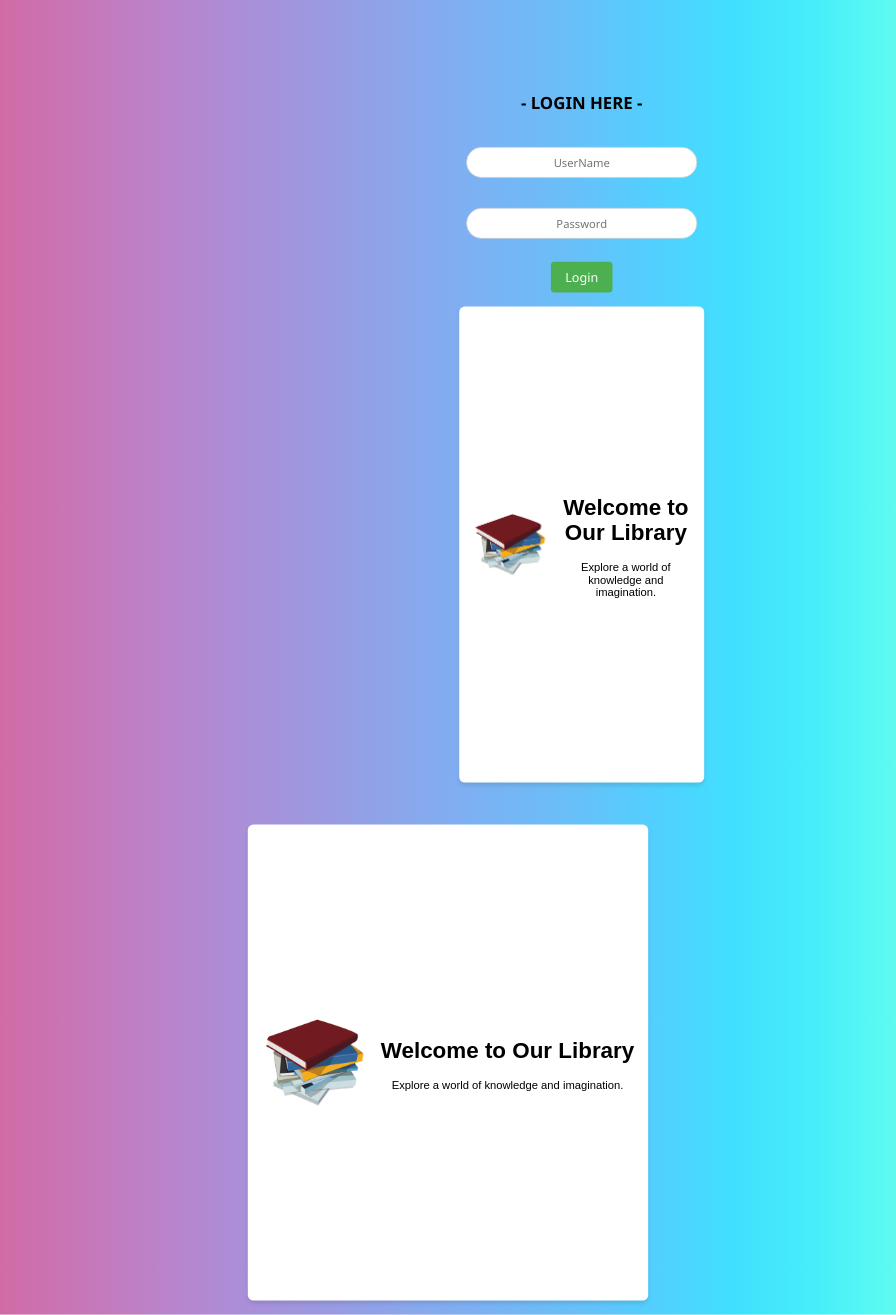
Repository: amitSai12/CMS
Page: http://localhost/LibraryManagementDemo/Login.jsp
An editor plug-in stored every save of this project. The page is shown before and after the next save, followed by the edit.
The browser window is 1280 px wide. The pictures show the whole page, at 70% of full size.
The page is served by Tomcat 9.

Above is the page before, as saved 2023-10-03 18:29:54.

After the next save:
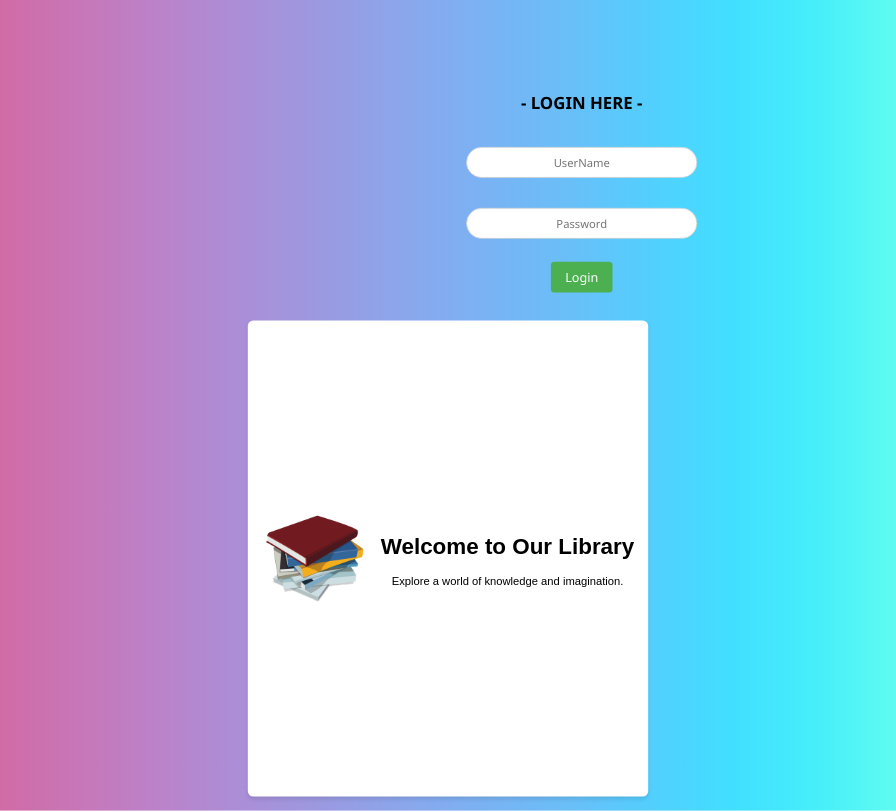
Saved 47 s later.
--- a/Day1_Thu/LibraryManagementDemo/src/main/webapp/Login.jsp
+++ b/Day1_Thu/LibraryManagementDemo/src/main/webapp/Login.jsp
@@ -19,15 +19,6 @@
 			<input type="password" name="password" placeholder="Password"/><br><br>
 			<input type="submit" value="Login" />
 		</center>
-		 <div class="container">
-        <div class="content">
-            <img src="kisspng-book-clip-art-vector-books-5aa7e41834c997.8769820715209523442162.png" alt="Library" class="library-image">
-            <div class="text">
-                <h1>Welcome to Our Library</h1>
-                <p>Explore a world of knowledge and imagination.</p>
-            </div>
-        </div>
-    </div>
 
 	</form>
 
